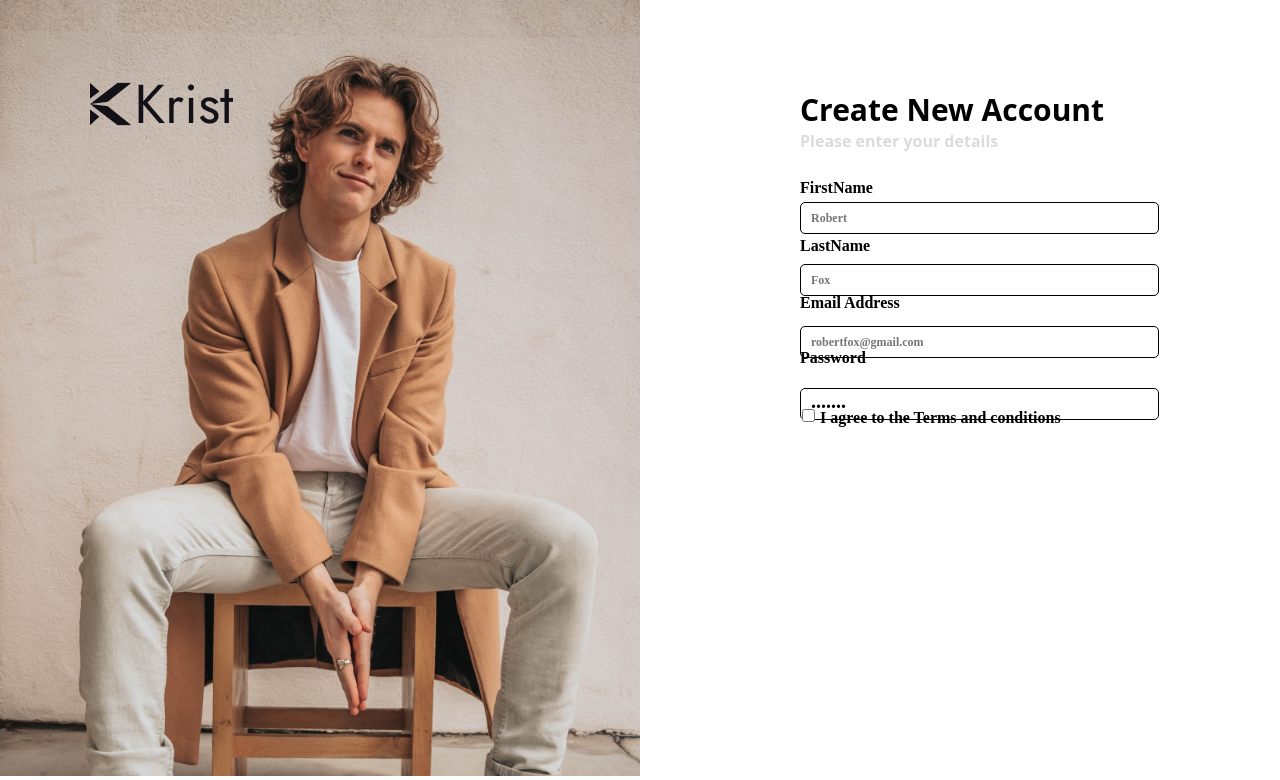
Repository: isaacCodes1/Krist-Website
Page: new-account.html
These files come from the project's save history. The page is drawn as it stood at one moment and after the next save; the edit follows.
The browser window is 1280 px wide. The pictures show the whole page.

Above is the page before, as saved 2024-04-10 14:18:21.

After the next save:
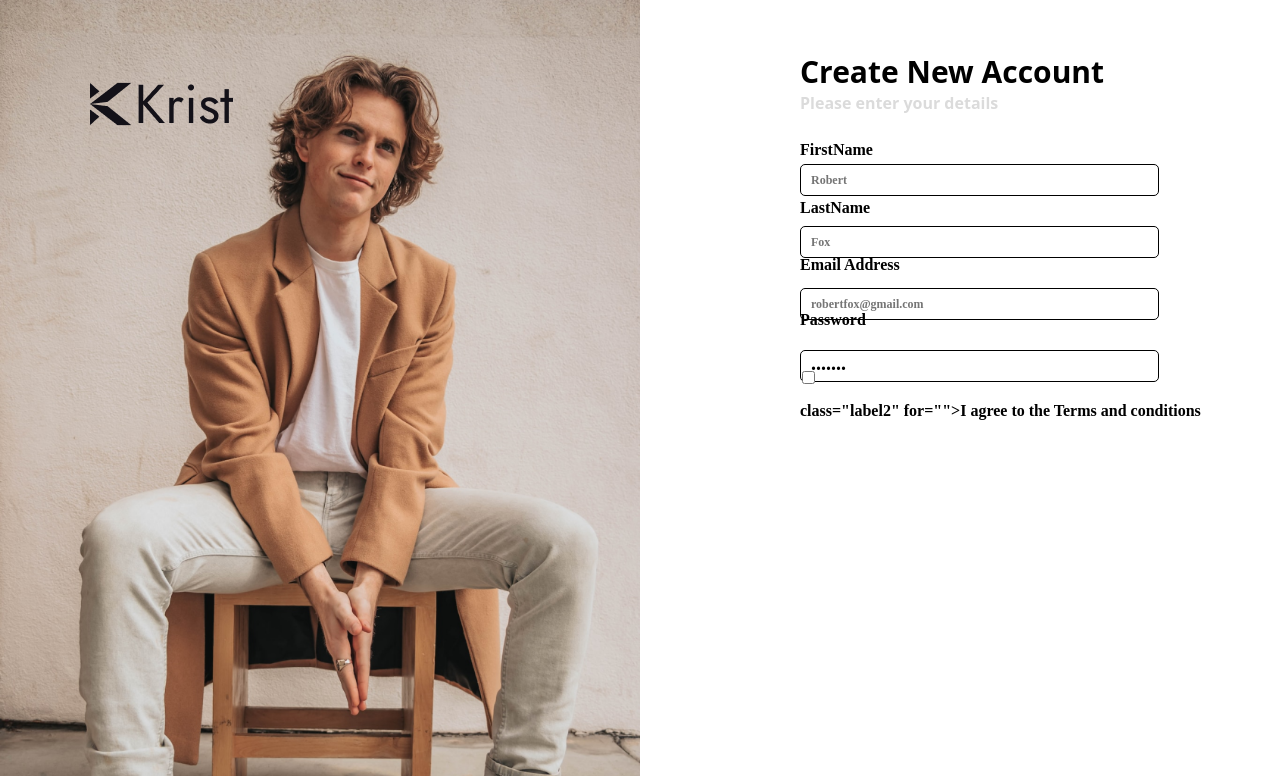
Saved 4 min 3 s later.
--- a/new-account.html
+++ b/new-account.html
@@ -27,7 +27,7 @@
         <input class="inpute" type="password" placeholder="......." id="place">
         <div class="checkboxes">
             <input class="check1" type="checkbox" name="" id="" />
-            <label class="label2" for="">I agree to the <strong>Terms and conditions</label></strong>
+            <p></p> class="label2" for="">I agree to the <strong>Terms and conditions</label></strong>
           </div>
       </form>
   </body>
